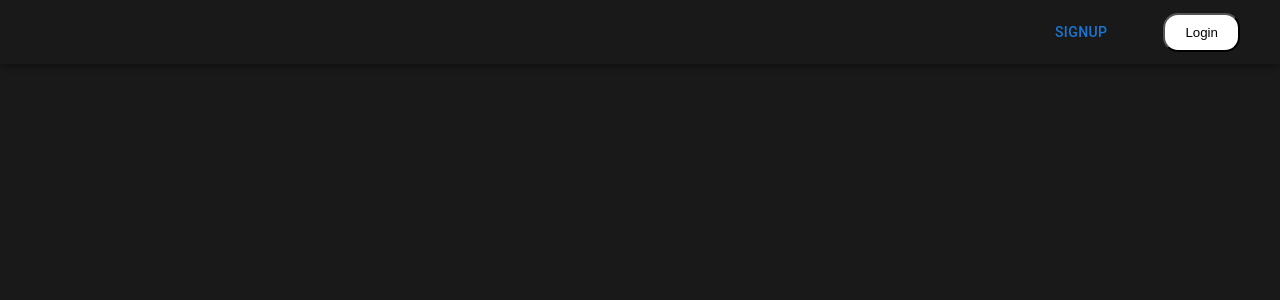
Repository: Armstrong2035/ikigai
Page: / (app in Ikigai/ikigai/)
An editor plug-in stored every save of this project. The page is shown before and after the next save, followed by the edit.
The browser window is 1280 px wide. The pictures show the whole page.
The project was rebuilt for these pictures with package versions that can differ from the ones it lists, and the page was loaded fresh each time. The framework's server and built-in components were replaced by stand-ins that run in the browser. Also part of the build but not shown: Ikigai/ikigai/next.config.mjs.

Above is the page before, as saved 2024-09-07 11:03:26.

### Ikigai/ikigai/src/app/layout.js
export const metadata = {
  title: "Ikigai",
  description:
    "Productivity app for people who juggle several interests and responsibilities",
};

export default function RootLayout({ children }) {
  return (
    <html lang="en">
      <body style={{ backgroundColor: "#191919" }}>{children}</body>
    </html>
  );
}

### Ikigai/ikigai/src/app/page.js
"use client";
import React from "react";
import LandingPage from "../../components/LandingPage/LandingPage";

export default function Home() {
  return (
    <>
      <LandingPage />
    </>
  );
}

### Ikigai/ikigai/components/LandingPage/LandingPage.js
import NavBar from "./NavBar/NavBar";

export default function LandingPage() {
  return (
    <>
      <NavBar />
    </>
  );
}

### Ikigai/ikigai/components/LandingPage/NavBar/NavBar.js
import { AppBar, Toolbar, Button, Stack } from "@mui/material";

export default function NavBar() {
  return (
    <div>
      <AppBar sx={{ backgroundColor: "inherit" }}>
        <Stack direction="row" justifyContent={"flex-end"} sx={{ mr: 2 }}>
          <Toolbar>
            <Button variant="text">Signup</Button>
          </Toolbar>
          <Toolbar>
            <button
              style={{
                backgroundColor: "white",
                borderRadius: "15px",
                padding: "10px 20px",
              }}
            >
              Login
            </button>
          </Toolbar>
        </Stack>
      </AppBar>
    </div>
  );
}

After the next save:
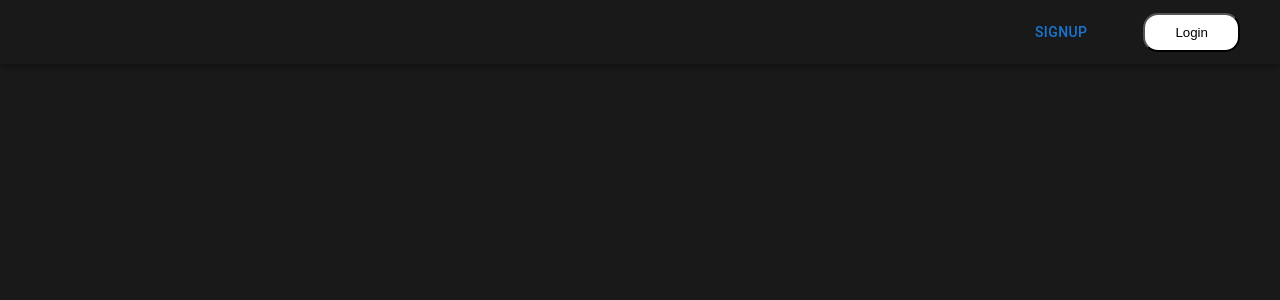
Saved 4 s later.
--- a/Ikigai/ikigai/components/LandingPage/NavBar/NavBar.js
+++ b/Ikigai/ikigai/components/LandingPage/NavBar/NavBar.js
@@ -13,7 +13,7 @@ export default function NavBar() {
               style={{
                 backgroundColor: "white",
                 borderRadius: "15px",
-                padding: "10px 20px",
+                padding: "10px 30px",
               }}
             >
               Login
